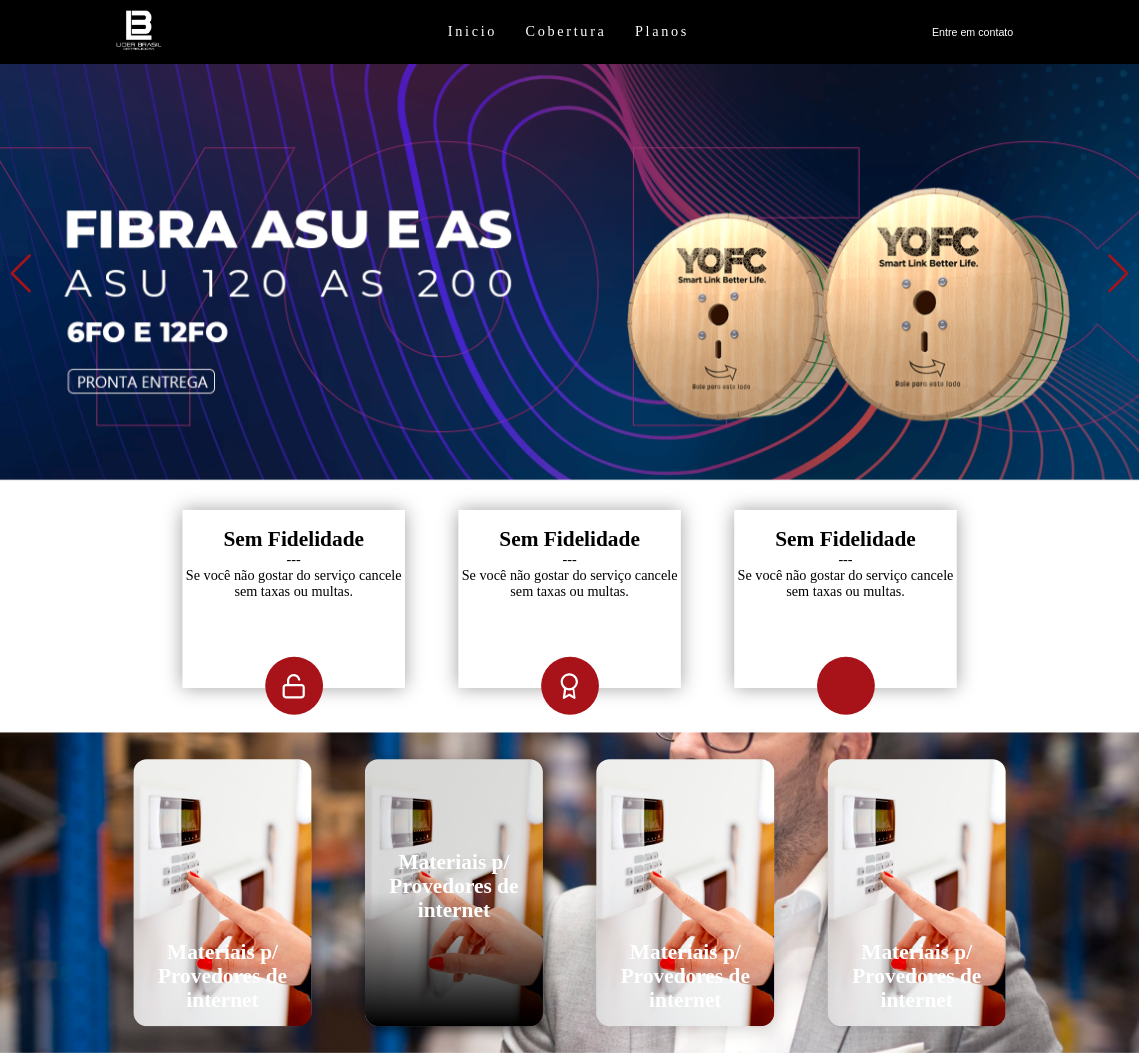
Repository: mateus-henrique-silva/Novo_institucional_lider
Page: index.html
An editor plug-in stored every save of this project. The page is shown before and after a run of saves, followed by the edit.
The browser window is 1280 px wide. The pictures show the whole page, at 89% of full size.
Backgrounds fixed to the window are drawn as part of the page. Some web fonts or font styles are not loaded; a fallback is used.

Above is the page before, as saved 2022-09-06 10:21:57.
Console error: SyntaxError: Identifier 'MobileNavbar' has already been declared

### index.html
<!DOCTYPE html>
<html lang="en">
  <head>
    <meta charset="UTF-8" />
    <meta http-equiv="X-UA-Compatible" content="IE=edge" />
    <meta name="viewport" content="width=device-width, initial-scale=1.0" />
    <meta
      name="viewport"
      content="width=device-width, user-scalable=yes, initial-scale=1.0, maximum-scale=10, minimum-scale=1.0"
    />
    <link rel="stylesheet" href="./src/CSS/Global.css" />
    <link rel="stylesheet" href="./src/CSS/Header/style.css" />
    <link rel="stylesheet" href="./src/CSS/Main/style.css" />
    <link rel="stylesheet" href="./src/CSS/Main/Carousel/styles.css" />
    <link rel="stylesheet" href="./src/CSS/Main/Box/style.css" />
    <link rel="stylesheet" href="./src/CSS/Main/Products/style.css" />
    <link
      rel="stylesheet"
      href="https://unpkg.com/swiper@8/swiper-bundle.min.css"
    />

    <title>Líder Brasil</title>
  </head>
  <body>
    <header>
      <nav>
        <a class="logo"
          ><img src="./src/Assets/Logo/lb.png" width="50" alt=""
        /></a>
        <div class="mobile-menu">
          <div class="line1"></div>
          <div class="line2"></div>
          <div class="line3"></div>
        </div>
        <ul class="nav-list">
          <li><a href="#network index.html">Inicio</a></li>
          <li><a href="#map-container">Cobertura</a></li>
          <li><a href="#container">Planos</a></li>
        </ul>
        <ul>
          <li style="list-style: none; font-size: 10px">
            <a
              href="#"
              style="
                font-size: 12px;
                padding: 10px;
                font-family: arial;
                color: white;
              "
              onclick="openForm()"
              class="contact-header"
              >Entre em contato</a
            >
          </li>
        </ul>
      </nav>
    </header>
    <main>
      <section>
        <div class="swiper">
          <div class="swiper-wrapper">
            <div class="swiper-slide">
              <div class="project-img">
                <img
                  src="./src/Assets/img/carrossel/desktop/drop-desktop.png"
                  alt="Foto 01"
                />
              </div>
              <div class="project-img" id="mobile-img">
                <img
                  src="./src/Assets/img/carrossel/mobile/drop-mobile.png"
                  alt="Foto 03"
                />
              </div>
            </div>
            <div class="swiper-slide">
              <div class="project-img">
                <img
                  src="./src/Assets/img/carrossel/desktop/escada-desktop.png"
                  alt="Foto 01"
                />
              </div>
              <div class="project-img" id="mobile-img">
                <img
                  src="./src/Assets/img/carrossel/mobile/escada-mobile.png"
                  alt="Foto 03"
                />
              </div>
            </div>
            <div class="swiper-slide">
              <div class="project-img">
                <img src="./src/Assets/img/teste6.png" alt="Foto 01" />
              </div>
              <div class="project-img" id="mobile-img">
                <img src="./src/Assets/img/foto_03.png" alt="Foto 03" />
              </div>
            </div>
          </div>
          <div class="swiper-button-next"></div>
          <div class="swiper-button-prev"></div>
          <div class="swiper-pagination"></div>
        </div>
      </section>
      <section>
        <div class="section-box">
          <!-- card 1 -->

          <ul>
            <li class="box">
              <div class="box-inter">
                <h1>Sem Fidelidade</h1>
                <p>---</p>

                <p>
                  Se você não gostar do serviço cancele sem taxas ou multas.
                </p>
              </div>

              <div class="obj">
                <img
                  src="./src/Assets/img/icons/unlock.svg"
                  alt="arrowup"
                  srcset=""
                />
              </div>
            </li>
            <!-- card 2 -->
            <li class="box">
              <div class="box-inter">
                <h1>Sem Fidelidade</h1>
                <p>---</p>

                <p>
                  Se você não gostar do serviço cancele sem taxas ou multas.
                </p>
              </div>

              <div class="obj">
                <img
                  src="./src/Assets/img/icons/award.svg"
                  alt="arrowup"
                  srcset=""
                />
              </div>
            </li>
            <!-- card 3 -->
            <li class="box">
              <div class="box-inter">
                <h1>Sem Fidelidade</h1>
                <p>---</p>

                <p>
                  Se você não gostar do serviço cancele sem taxas ou multas.
                </p>
              </div>

              <div class="obj">
                <img
                  src="./src/Assets/img/icons/chevrons-up.svg"
                  alt="arrowup"
                  srcset=""
                />
              </div>
            </li>
          </ul>
        </div>
      </section>

      <section>
        <div class="background">
          <img
            class="img"
            src="./src/Assets/img/icons/aBlack.svg"
            alt=""
            srcset=""
          />

          <ul>
            <li>
              <div class="products">
                <button>text</button>
                <div>
                  <h2>Materiais p/ Provedores de internet</h2>
                </div>

              </div>
            </li>

            <li>

              <div class="products">
                <div class="back-radient">
                <button>text</button>
                <div>
                  <h2>Materiais p/ Provedores de internet</h2>
                </div>

              </div>
            </div>
            </li>

            <li>
              <div class="products">
                <button>text</button>
                <div>
                  <h2>Materiais p/ Provedores de internet</h2>
                </div>

              </div>
            </li>
            <li>
              <div class="products">
                <button>text</button>
                <div>
                  <h2>Materiais p/ Provedores de internet</h2>
                </div>

              </div>
            </li>
          </ul>
        </div>
      </section>
    </main>
    <footer></footer>
    <script src="https://unpkg.com/swiper@8/swiper-bundle.min.js"></script>
    <script src="./src/Scripts/Carousel/scripts.js"></script>
    <script src="./src/Scripts/Mobile/scripts.js"></script>
    <script src="./src/Scripts/Global.js"></script>
  </body>
</html>

### src/CSS/Global.css
@import url("https://fonts.googleapis.com/css2?family=Montserrat:ital,wght@0,100;0,200;0,300;0,400;0,500;0,600;0,700;0,800;0,900;1,100;1,200;1,300;1,400;1,500;1,600;1,700;1,800;1,900&family=Source+Serif+Pro:ital,wght@0,200;0,300;0,400;0,600;0,700;0,900;1,200;1,300;1,400;1,600;1,700;1,900&display=swap");

* {
  font-family: 'Source Serif Pro', serif;
  margin: 0;
  padding: 0;
  border: 0;

}


body{

}

### src/CSS/Header/style.css
header {
  width: 100%;
  background-color: black;
  margin-top: 0;
}
a {
  color: black;
  text-decoration: none;
  transition: 0.3s;
}

a:hover {
  opacity: 0.7;
}

.logo {
  align-items: center;
  width: 6%;

  text-transform: uppercase;
  letter-spacing: 4px;
}

.logo h1 {
  font-size: 12px;
}

nav {
  display: flex;
  z-index: 1;

  width: 100%;
  margin-top: 0;

  justify-content: space-around;
  align-items: center;
  background-color: black;
  height: 10vh;
}

.nav-list {
  text-align: center;
  justify-content: center;
  list-style: none;
  display: flex;
  z-index: 1;
}

.nav-list li {
  letter-spacing: 3px;
  margin-left: 32px;
}
.nav-list li a {
  color: white;
}
.nav-list li a:hover {
  color: #ff073b;
}

.mobile-menu {
  display: none;
  margin-left: 80px;
  cursor: pointer;
}

.mobile-menu div {
  transition: 0.3s;

  width: 32px;
  height: 2px;
  background: white;
  margin: 8px;
}

@media (max-width: 950px) {
  body {
    overflow-x: hidden;
  }

  .nav-list {
    position: absolute;
    top: 7vh;
    right: 0;
    width: 100vw;
    height: 100vh;
    background-color: white;
    flex-direction: column;
    color: white;
    /* align-items: center; */
    display: none;
    justify-content:flex-start;
    transition: 0.4s ease-in;
    /* justify-content: space-around; */
    transform: translateX(100%);
  }

  .nav-list li {
    margin-top:100px;
    margin-left: 0;
    opacity: 0;
  }

  .mobile-menu {
    display: block;
  }
  .contact-header {
    display: none;
  }

  .logo {
    margin-left:10px;
    width: 60%;
  }
}

.nav-list.active {
  transition: 0.3s;
  overflow-y: hidden;
  position: fixed;
  z-index: 10000;
  background-color: black;
  transform: translateX(0);
  display: flex;
}

.nav-list.active li {
  color: white!important;
  font-weight:bold;
}

.nav-list.active li {
  color: white;
}

@keyframes navLinkFade {
  from {
    opacity: 0;
    transform: translateX(50px);
  }

  to {
    opacity: 1;
    transform: translateX(0);
  }
}

.mobile-menu.active .line1 {
  transform: rotate(-45deg) translate(-8px, 8px);
}

.mobile-menu.active .line2 {
  opacity: 0;
}

.mobile-menu.active .line3 {
  transform: rotate(45deg) translate(-5px, -7px);
}

### src/CSS/Main/style.css
main{
    width: 100%;
    height: 100%;

    max-width: 100vw;
}


section{

    width: 100%;
    max-width: 100vw;
    height: 100%;
}


ul li {
    list-style: none;
}

### src/CSS/Main/Carousel/styles.css
.swiper {
    height: 100%!important;

  }

  .swiper-slide {
    text-align: center;
    display: flex;
    height: 100%!important;
    align-items: center;
    justify-content: center;
  }

  @media (max-width: 450px) {
    .swiper {
      height: 270px;
    }

    .project-img img{
      width: 100%;
      height: 100%!important;
    }
  }

  .project-img img{
    width: 100%;
    /* height: 80vh; */
  }



  .swiper-pagination-bullet{
    color: white !important;
    /* margin-top:-10px!important; */
    background-color:white !important;
  }

  /*
    largura => 3840
    Altura => 420

  */


  .swiper-button-next:after, .swiper-button-prev:after{
    color:#a71319 !important;
  }

  #mobile-img{
    display: none;
  }


  @media(max-width:999px){
    #mobile-img{
      display: block!important;
    }


    .project-img{
      display:none;
    }
  }


.menu{
  display:flex;
  flex-direction:column;
}

### src/CSS/Main/Box/style.css
.section-box {
  width: 100%;

  justify-content: center;
  align-items: center;
  display: flex;
}

.box {
  display: flex;
  flex-direction: column;
  /* justify-content: center; */

  justify-content: flex-end;
  align-items: center;
  height: 100%;
  margin: 30px;
  margin-bottom: 20px;
  /* width: 100%; */
  /* background-color: red; */
}

@media (max-width: 770px) {
  .section-box {
    width: 100%;
    justify-content: space-around;
    flex-direction: column;
    display: flex;
  }

  .box-inter {
    background-color: white;
    height: 100px;
    width: 200px;
    /* width: 100%; */
  }
}

@media (max-width: 480px) {
  .box-inter {
    height: 170px !important;
    width: 170px !important;
    /* width: 100%; */
  }

  .obj {
    height: 45px !important;

    margin-top: -35px;
    width: 45px !important;
  }

  .obj img {
    width: 20px !important;
  }
}

.box-inter {
  background-color: white;
  height: 200px;
  width: 250px;
  -webkit-box-shadow: 0px 0px 20px 0px rgba(0, 0, 0, 0.37);
  box-shadow: 0px 0px 20px 0px rgba(0, 0, 0, 0.37);
  display: flex;

  flex-direction: column;
  align-items: center;
  text-align: center;

  /* width: 100%; */
}

.box-inter h1 {
  margin-top: 20px;
  font-size: clamp(1em, 1em + 1vw, 1.5em);
}

.box p {
  font-size: clamp(1em, 1em + 0.5vw, 0.5em);
}
.obj {
  background-color: #a71319;
  height: 65px;

  border-radius: 50%;
  display: flex;
  align-items: center;
  justify-content: center;
  margin-top: -35px;
  width: 65px;
}

.obj img {
  width: 30px;
}

.section-box ul {
  display: flex;
  overflow-x: auto;
  width: 100%;
  justify-content: center;
  scroll-behavior: smooth;
}

.section-box .img-arrow {
  display: none;
}

@media (max-width: 600px) {
  .section-box .img-arrow {
    display: flex;
    justify-content: flex-end;

    animation: mymove 0.8s infinite;
  }
  .section-box ul {
    display: flex;
    overflow-x: auto;
    width: 100%;
    justify-content: flex-start;
    scroll-behavior: smooth;
  }
  @keyframes mymove {
    from {
      left: 280px;
    }
    to {
      left: 300px;
    }
  }
}

### src/CSS/Main/Products/style.css
.background {
  width: 100%;
  background: url("../../../Assets/img/Background/medio.jpg") no-repeat center
    fixed;
  height: 100%;
  display: flex;
  justify-content: space-around;
  justify-content: center;
  align-items: center;
}
.background ul {
  display: flex;
  overflow-x: auto;
  overflow-y: hidden;
  scroll-behavior: smooth;
  /* width: 100px; */
}
.background img {
  display: none;
}

.background ul li .products .img {
  display: flex;
}

.products {
  margin: 30px;
  background: url("../../../Assets/img/Background/products/alarme.png")
    no-repeat center;
    border-radius:15px;

  background-size: 100%;
  justify-content: flex-end;
  height: 300px;
  width: 200px;
  -webkit-box-shadow: 0px 0px 20px 0px rgba(0, 0, 0, 0.2) !important;
  box-shadow: 0px 0px 20px 0px rgba(0, 0, 0, 0.2) !important;
  background-color: white;
  display: flex;
  text-align: center;
  flex-direction: column;
  align-items: center;
  box-sizing: border-box;
  transition: 0.5s;
}

.products div h2 {
  margin-bottom: 15px;
   color:white;
  transition:2s;
}
.products:hover {
  justify-content: center;
  transition:2s;
}
.products:hover div h2 {

  display: none;
}
@media (max-width: 600px) {
  .background .img {
    position: absolute;
    margin-top: 170px;
    display: flex;
    justify-content: flex-end;
    animation: mymove 0.8s infinite;
  }

  @keyframes mymove {
    from {
      left: 280px;
    }
    to {
      left: 300px;
    }
  }
}

.products button {
  background-color: black;
  display: none;
  color: white;
  cursor: pointer;
  transition: 0.7s;
  padding: 8px 25px 8px;
}

.products:hover button {
  background-color: black;
  display: flex;

  color: white;
  cursor: pointer;
  padding: 8px 25px 8px;
}
.back-radient{
  width: 100%;
height: 100%;

display: flex;
align-items: center;
justify-content: center;

background: linear-gradient(180deg, rgba(0, 0, 0, 0.0962963) 50%, #000000 100%);
box-shadow: 5px 6px 11px rgba(0, 0, 0, 0.45);
border-radius: 15px;
}

### src/Scripts/Mobile/scripts.js
class MobileNavbar{


    constructor(mobileMenu, navList, navLinks){
        this.mobileMenu = document.querySelector(mobileMenu);
        this.navList = document.querySelector(navList);
        this.navLinks = document.querySelectorAll(navLinks);
        this.activeClass = "active";
        this.hadleClick =  this.hadleClick.bind(this);


    }

    animateLinks(){
        this.navLinks.forEach((link, index)=>{

            var calc = index/7+0.3;


            link.style.animation
            ?(link.style.animation="")
            :(link.style.animation= `navLinkFade 0.5s ease forwards ${calc}s`);


        });


    }


    hadleClick(){


        this.navList.classList.toggle(this.activeClass);
        this.mobileMenu.classList.toggle(this.activeClass);
        this.animateLinks();
    }

    addClickEvent(){
        this.mobileMenu.addEventListener("click", this.hadleClick);


    }

    init(){

        if(this.mobileMenu){

            this.addClickEvent();
        }
        return this;
    }
    }



    const mobileNavbar = new MobileNavbar(

        ".mobile-menu",

        ".nav-list",

        ".nav-list li",


        );


    mobileNavbar.init();

### src/Scripts/Global.js
document.onmousedown=disableclick;
function disableclick(event)
{
  if(event.button==2)
   {
     return false;
   }
}

### src/Assets/img/icons/award.svg
<?xml version="1.0" encoding="utf-8"?>
<!-- Generator: Adobe Illustrator 24.0.1, SVG Export Plug-In . SVG Version: 6.00 Build 0)  -->
<svg version="1.1" id="Camada_1" xmlns="http://www.w3.org/2000/svg" xmlns:xlink="http://www.w3.org/1999/xlink" x="0px" y="0px"
	 viewBox="0 0 24 24" style="enable-background:new 0 0 24 24;" xml:space="preserve">
<style type="text/css">
	.st0{fill:#FFFFFF;}
</style>
<path class="st0" d="M19.5,8.1c0-4.3-3.5-7.7-7.7-7.7S4,3.9,4,8.1c0,2.5,1.2,4.7,3,6.1l-1.1,8.3c0,0.4,0.1,0.7,0.4,0.9
	c0.3,0.2,0.7,0.2,1,0l4.3-2.6l4.3,2.6c0.2,0.1,0.3,0.1,0.5,0.1c0.2,0,0.4-0.1,0.5-0.2c0.3-0.2,0.5-0.6,0.4-0.9l-1.1-8.3
	C18.3,12.8,19.5,10.6,19.5,8.1z M5.9,8.1c0-3.2,2.6-5.8,5.8-5.8s5.8,2.6,5.8,5.8s-2.6,5.8-5.8,5.8S5.9,11.3,5.9,8.1z M15.4,20.8
	l-3.1-1.9c-0.3-0.2-0.7-0.2-1,0l-3.1,1.9l0.7-5.5c0.9,0.4,1.9,0.6,2.9,0.6c1,0,2-0.2,2.9-0.6L15.4,20.8z"/>
</svg>

### src/Assets/img/icons/chevrons-up.svg
<svg xmlns="http://www.w3.org/2000/svg" width="24" height="24" viewBox="0 0 24 24" fill="none" stroke="" stroke-width="2" stroke-linecap="round" stroke-linejoin="round" class="feather feather-chevrons-up"><polyline points="17 11 12 6 7 11"></polyline><polyline points="17 18 12 13 7 18" color="white"></polyline></svg>

After the next 2 saves:
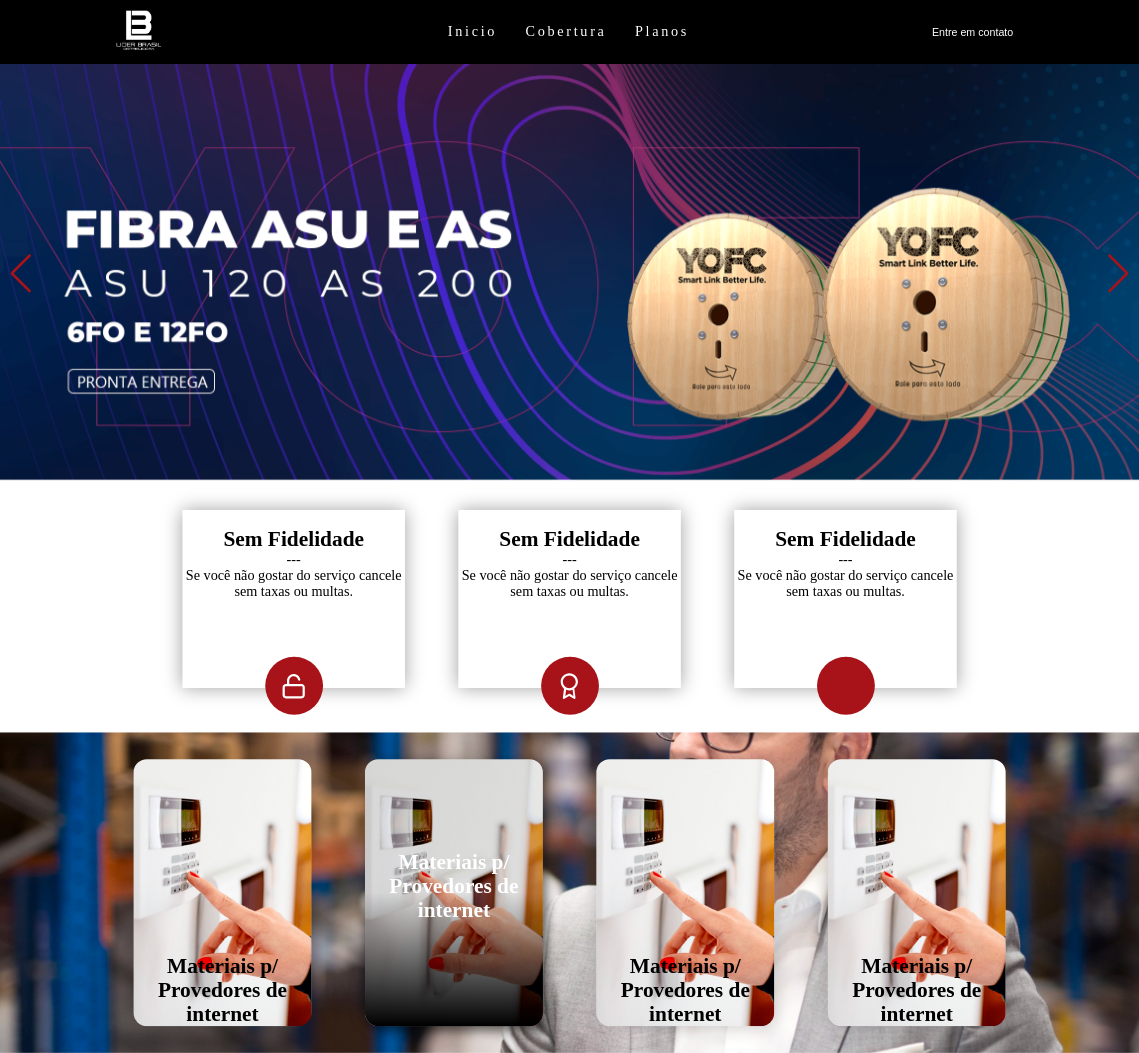
The 2 saves are shown as one change because they came seconds apart.
The last was saved 40 s later.
--- a/src/CSS/Main/Products/style.css
+++ b/src/CSS/Main/Products/style.css
@@ -44,7 +44,7 @@
   transition: 0.5s;
 }
 
-.products div h2 {
+.back-radient div h2 {
   margin-bottom: 15px;
    color:white;
   transition:2s;

After the save that followed:
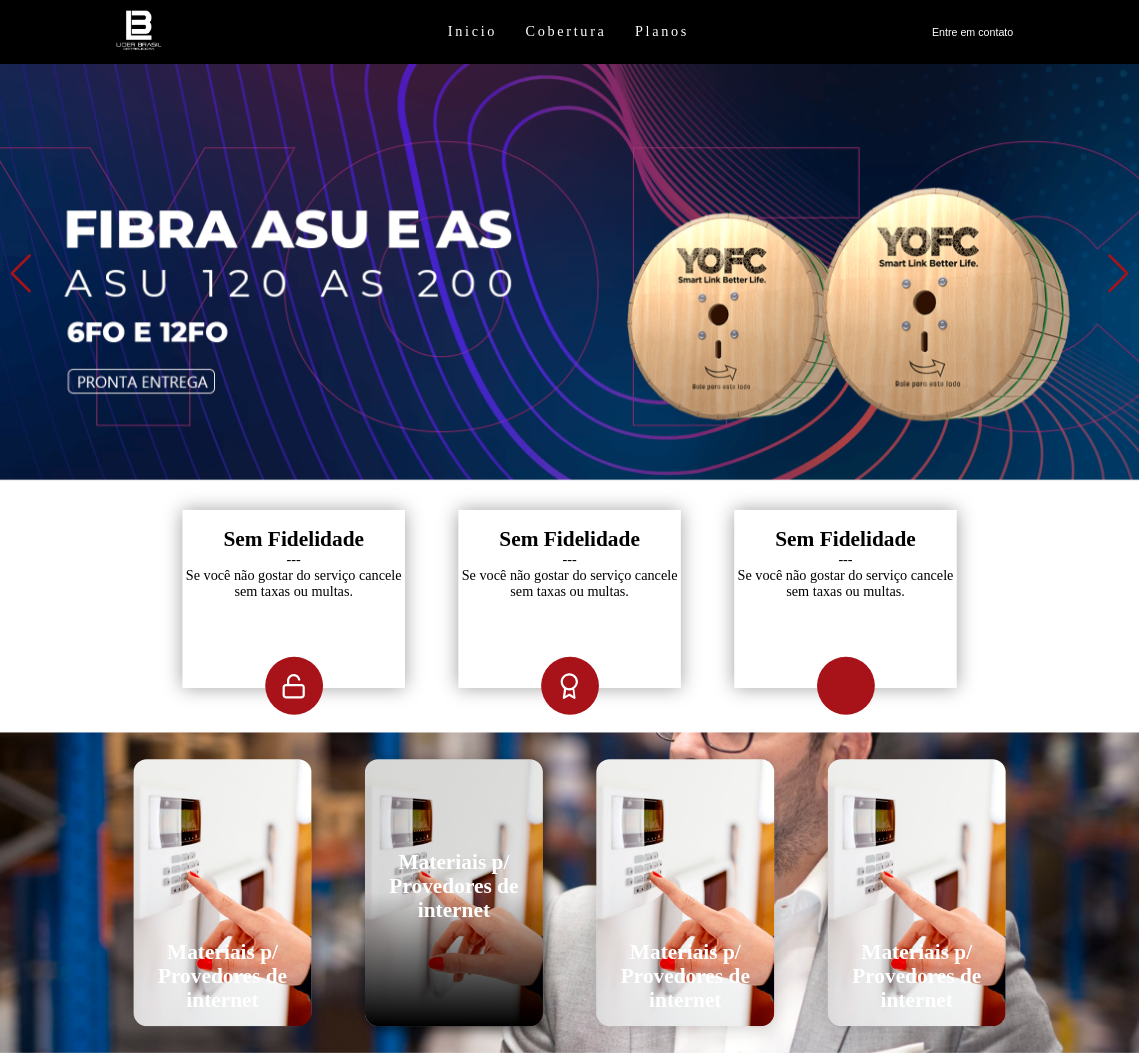
Saved 11 s later.
--- a/src/CSS/Main/Products/style.css
+++ b/src/CSS/Main/Products/style.css
@@ -44,7 +44,7 @@
   transition: 0.5s;
 }
 
-.back-radient div h2 {
+.products div h2 {
   margin-bottom: 15px;
    color:white;
   transition:2s;
